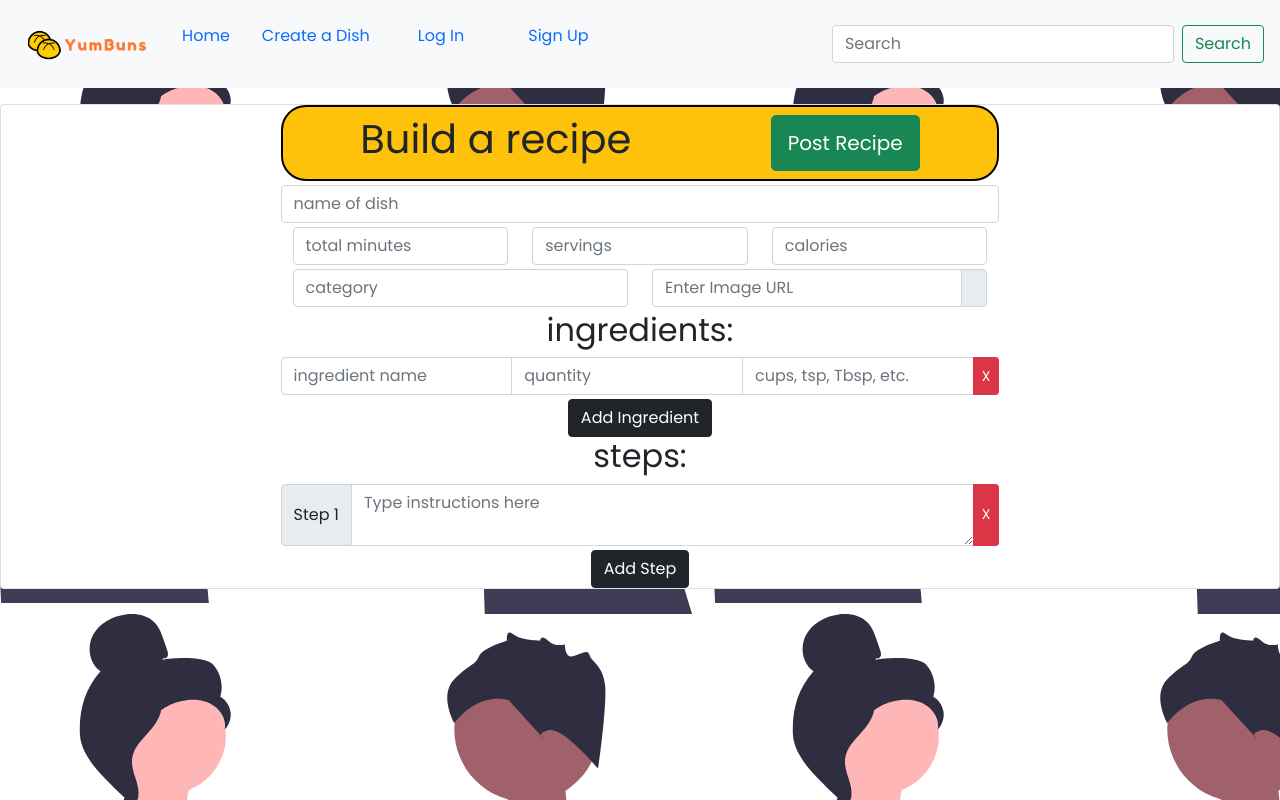
Repository: mottad14/yumBuns
Page: /create (app in client/)
The author's editor kept a copy of each file at every save. The page is drawn from the files as they stood at one save, then again after a run of saves.
The browser window is 1280 px wide. The pictures show the whole page.
Some web fonts or font styles are not loaded; a fallback is used. The project was rebuilt for these pictures with package versions that can differ from the ones it lists, and the page was loaded fresh each time. Also part of the build but not shown: client/src/components/RecipePreview.js, client/src/views/Main.js, client/src/views/Login.js, client/src/views/NewAccount.js, client/src/views/Recipe.js, client/src/components/SubscribePop.css, client/src/components/SignUp.jsx, client/src/components/SubscribePop.js.

Above is the page before, as saved 2022-07-30 12:57:17.

After the next 2 saves:
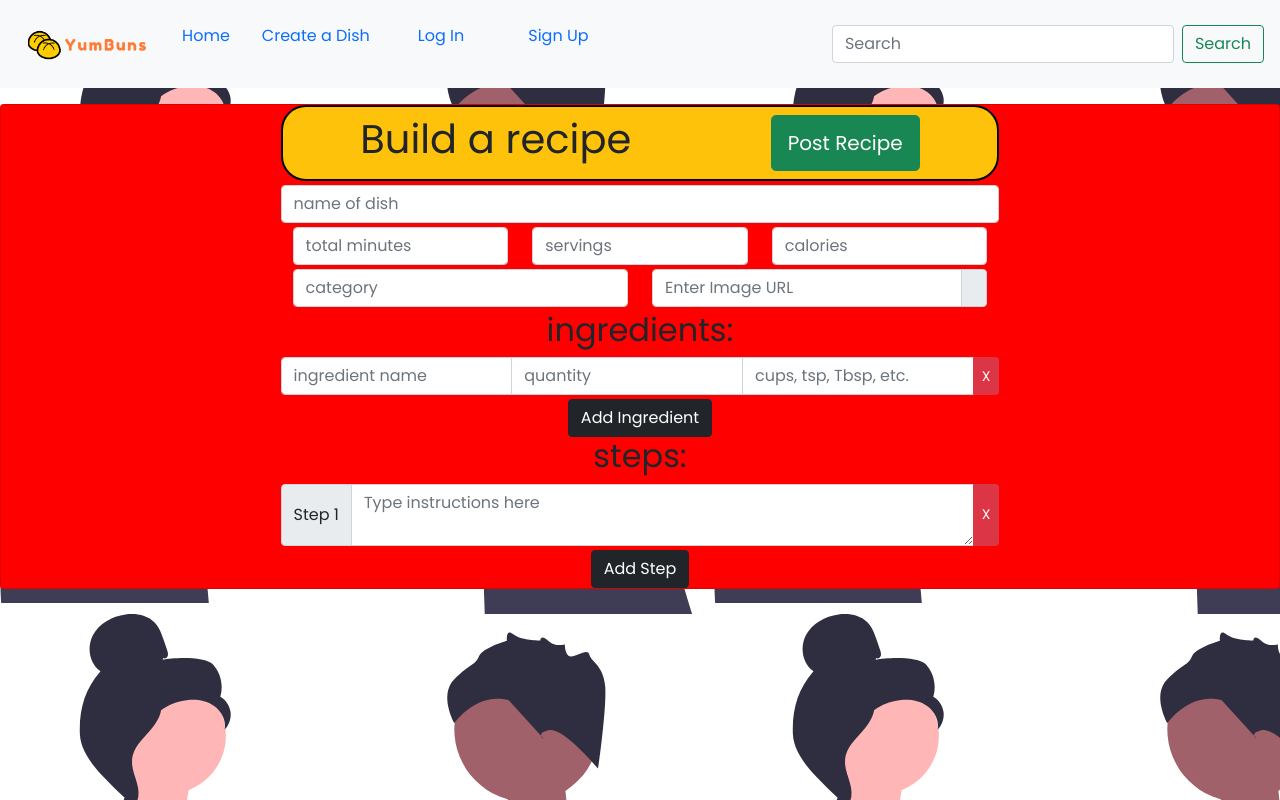
The 2 saves are shown as one change because 1 did not build or start.
The last was saved 37 s later.
--- a/client/src/views/Create.js
+++ b/client/src/views/Create.js
@@ -80,7 +80,7 @@ const Create = (props) => {
     };
 
     return (
-        <Card>
+        <Card style={{backgroundColor: "red"}}>
 
            <form className="d-block w-75 mx-auto" onSubmit={onSubmitHandler}>
                <div className="d-flex justify-content-around sticky d-block w-75 mx-auto p-2">
